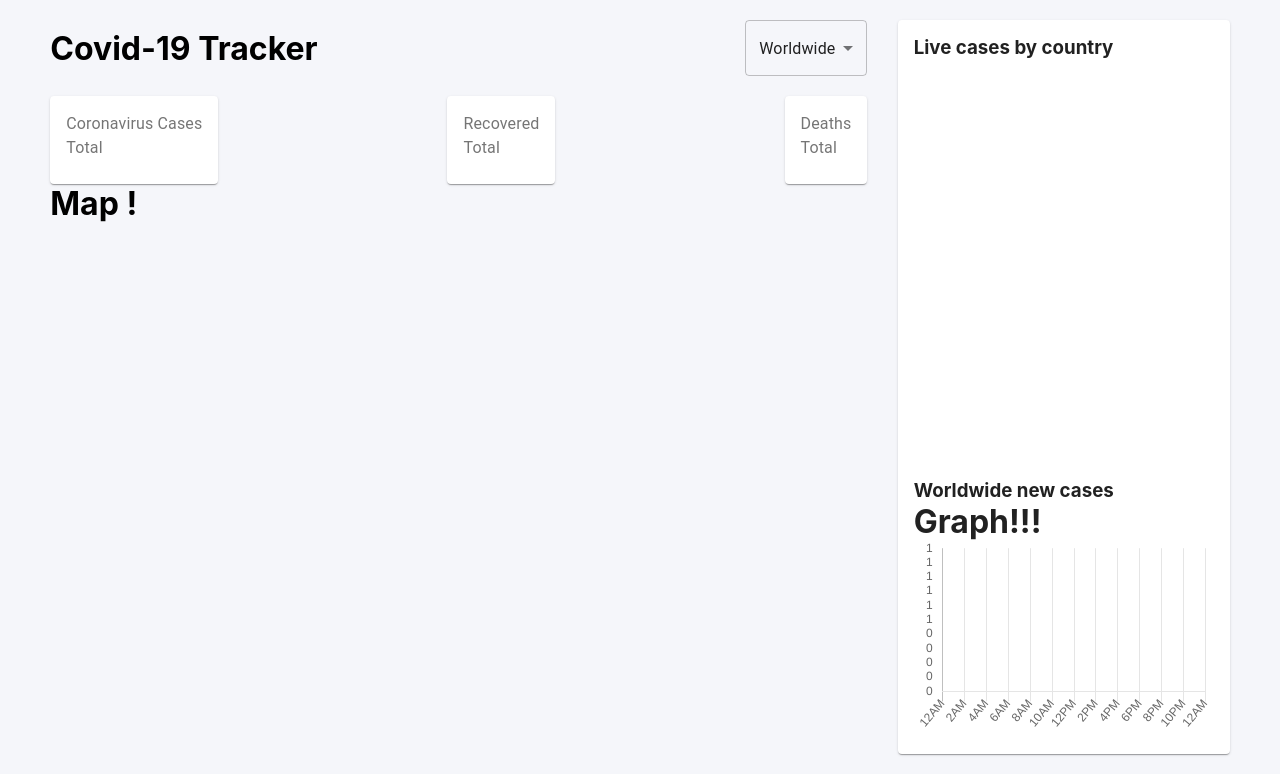
Repository: aashajo/covid-tracker-app-react
Page: /
These files come from the project's save history. The page is drawn as it stood at one moment and after the next save; the edit follows.
The browser window is 1280 px wide. The pictures show the whole page.
The page's requests for data from a server got no answer. The project was rebuilt for these pictures with package versions that can differ from the ones it lists, and the page was loaded fresh each time. No one was signed in, and anything a server would have sent is missing.

Above is the page before, as saved 2020-08-26 10:54:45.

After the next save:
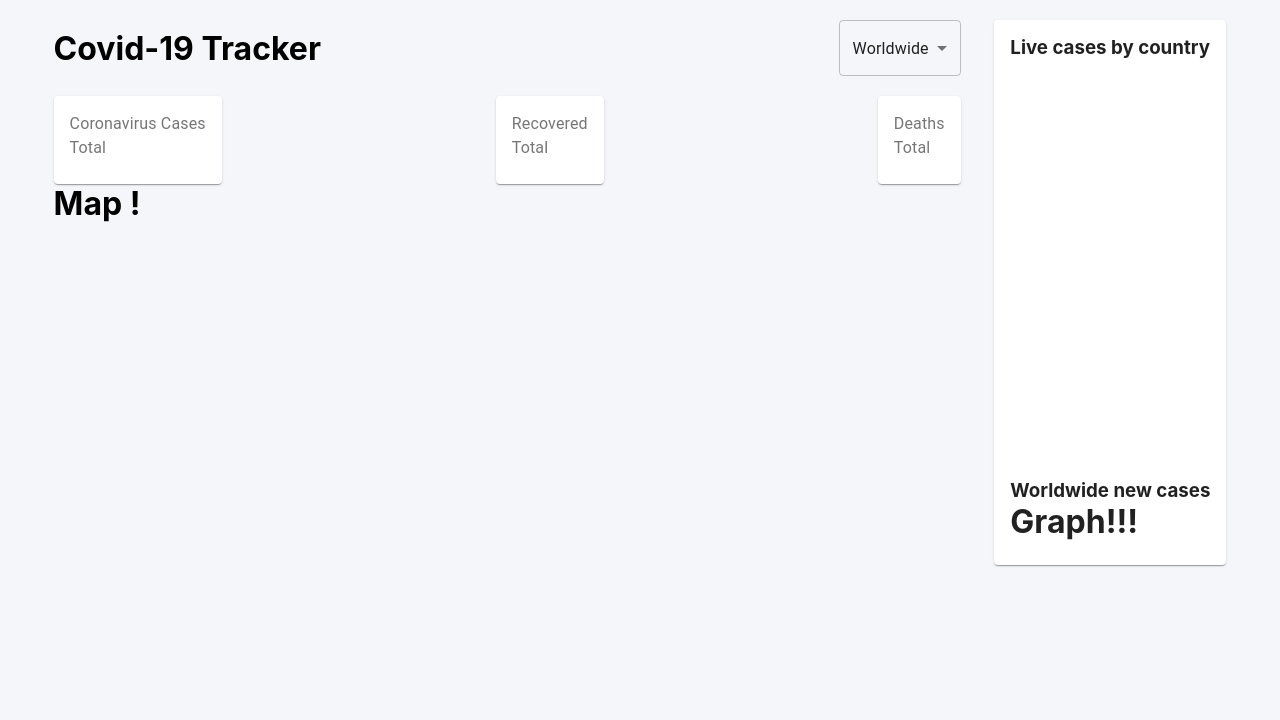
Saved 5 min 59 s later.
--- a/src/LineGraph.js
+++ b/src/LineGraph.js
@@ -47,10 +47,7 @@ const options = {
     }
 }
 
-function LineGraph({casesType = "cases"}) {
-  const [data, setData] = useState({});
-
-  const buildChartData = (data, casesType = "cases") => {
+const buildChartData = (data, casesType) => {
     const chartData = [];
     let lastDataPoint;
 
@@ -67,6 +64,9 @@ function LineGraph({casesType = "cases"}) {
 
     return chartData;
   };
+
+function LineGraph({casesType = "cases"}) {
+  const [data, setData] = useState({});
 
   useEffect(() => {
       const fetchData = async () => {
@@ -87,14 +87,17 @@ function LineGraph({casesType = "cases"}) {
   return (
     <div>
       <h1>Graph!!!</h1>
-      <Line
-      options={options}
-      data={{datasets: [
-          {
-          backgroundColor: "rgba(204, 16, 52, 0.5)",
-          borderCOlor: "#CC1034",
-          data: data}
-          ]}} />
+      {data?.length > 0 && (
+          <Line
+          options={options}
+          data={{datasets: [
+              {
+              backgroundColor: "rgba(204, 16, 52, 0.5)",
+              borderCOlor: "#CC1034",
+              data: data}
+              ]}} />
+      )}
+
     </div>
   );
 }
